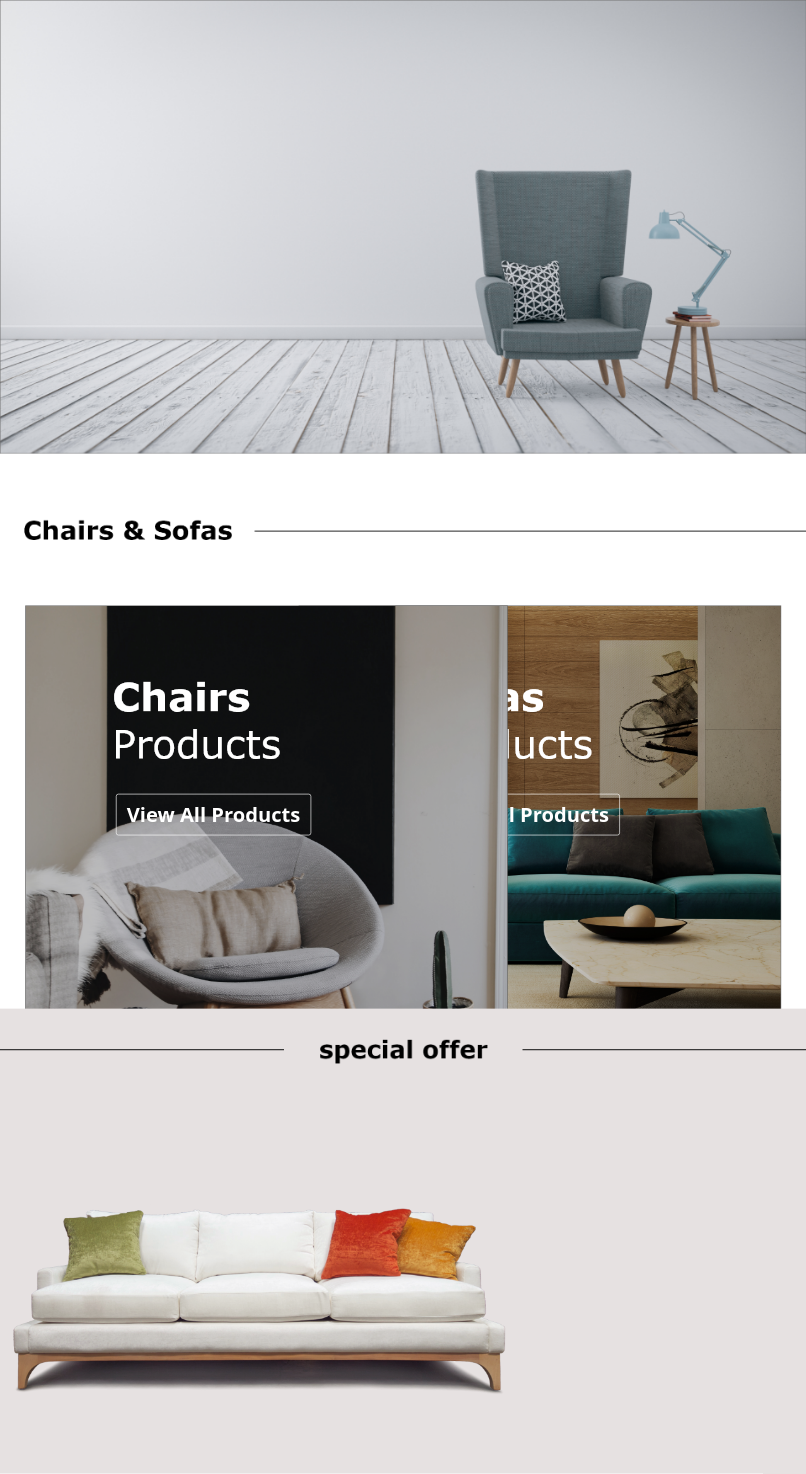
Repository: MEROO1010/creative_home
Page: /
An editor plug-in stored every save of this project. The page is shown before and after the next save, followed by the edit.
The browser window is 1280 px wide. The pictures show the whole page, at 63% of full size.
The project was rebuilt for these pictures with package versions that can differ from the ones it lists, and the page was loaded fresh each time. The framework's server and built-in components were replaced by stand-ins that run in the browser. Also part of the build but not shown: next.config.js.

Above is the page before, as saved 2022-12-11 10:12:30.

After the next save:
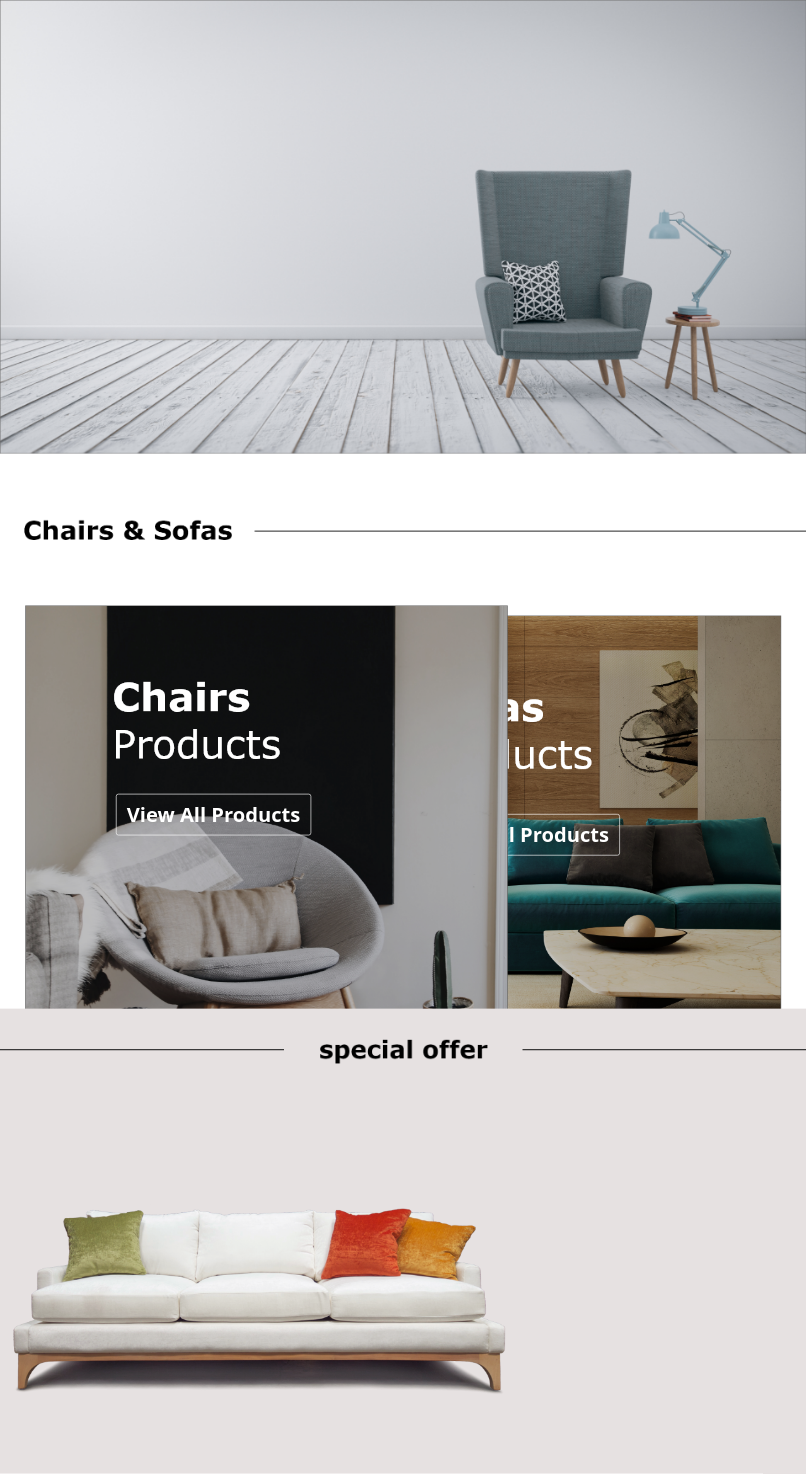
Saved 24 s later.
--- a/components/Chair_Sofa.tsx
+++ b/components/Chair_Sofa.tsx
@@ -16,7 +16,7 @@
      <Image src={Title1} alt={''}/>
      </div>
 
-     <div className=" absolute   	 right-10	     ">
+     <div className=" absolute   	 right-10	 py-4    ">
       <Image src={righBtn} alt={''}/>
       <div className="absolute bottom-60   left-40 mx-10 my-28 bg-transparent hover:bg-gray-500 text-white  text-[32px] font-semibold hover:text-white py-2 px-4 border border-white hover:border-transparent rounded w-394 h-82   "><button>View All Products</button></div>
      </div>

After the save that followed:
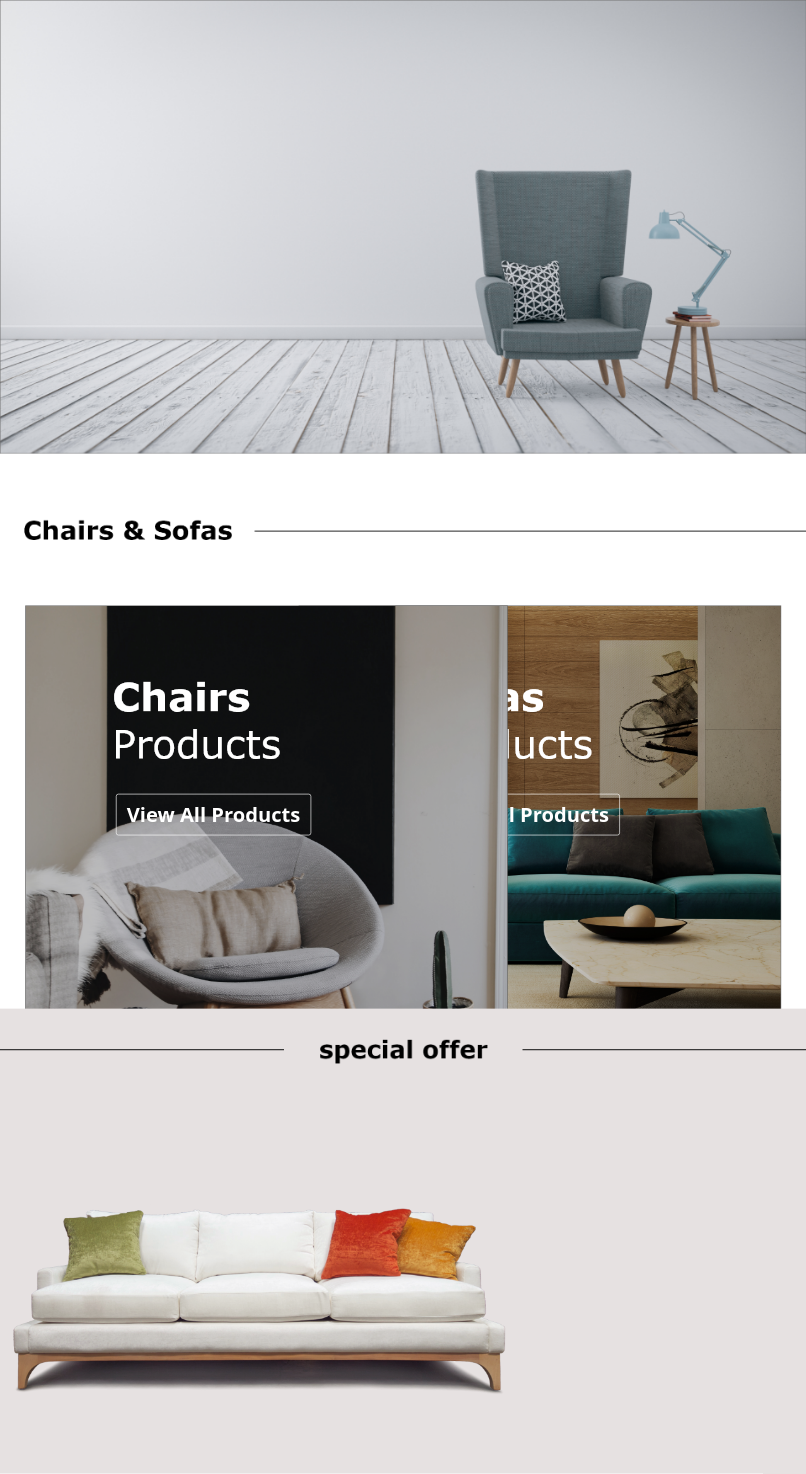
Saved 10 s later.
--- a/components/Chair_Sofa.tsx
+++ b/components/Chair_Sofa.tsx
@@ -16,7 +16,7 @@
      <Image src={Title1} alt={''}/>
      </div>
 
-     <div className=" absolute   	 right-10	 py-4    ">
+     <div className=" absolute   	 right-10	     ">
       <Image src={righBtn} alt={''}/>
       <div className="absolute bottom-60   left-40 mx-10 my-28 bg-transparent hover:bg-gray-500 text-white  text-[32px] font-semibold hover:text-white py-2 px-4 border border-white hover:border-transparent rounded w-394 h-82   "><button>View All Products</button></div>
      </div>
